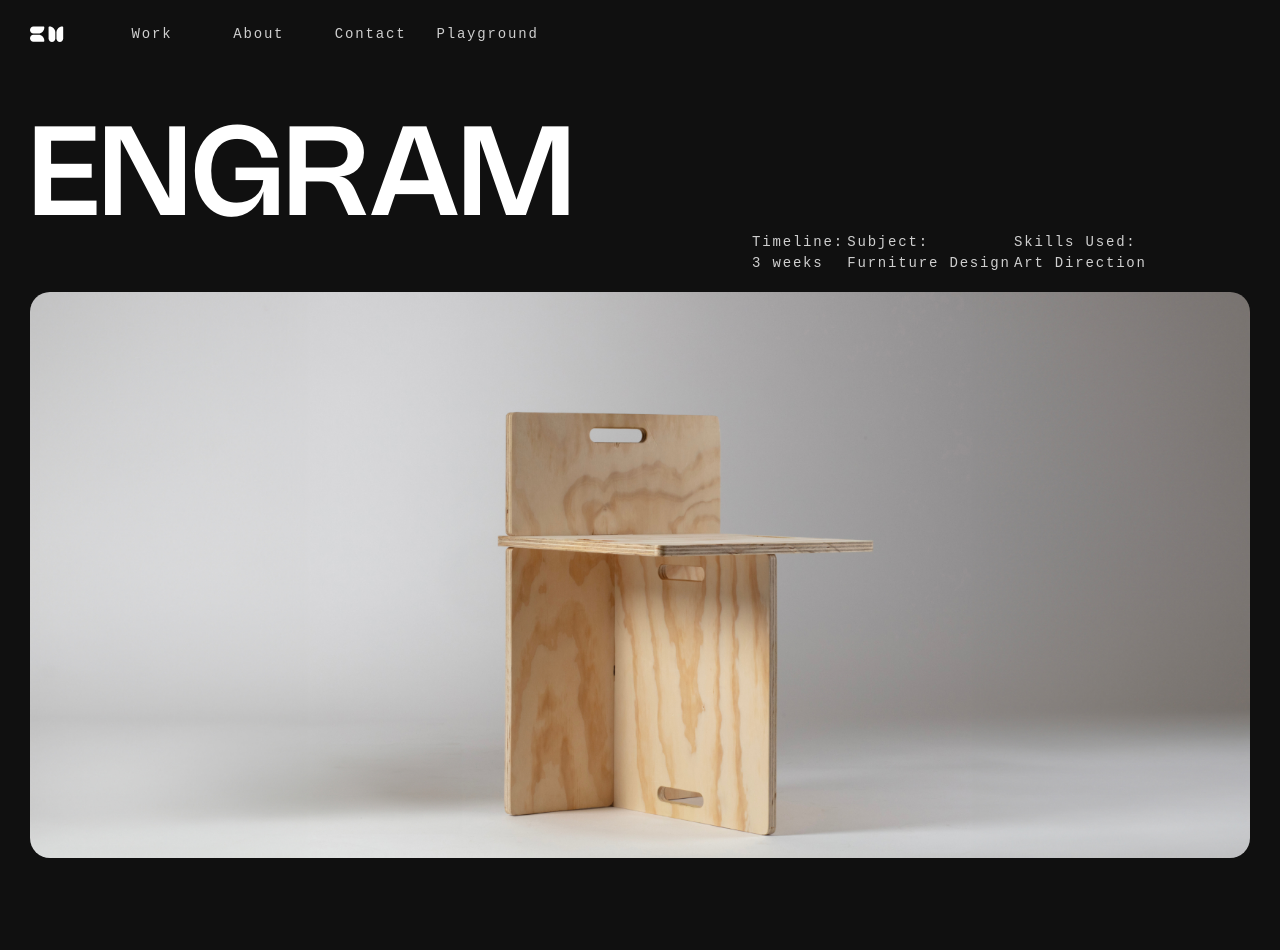
Repository: theethanwright/ethan_wright_portfolio
Page: work/work.html
The author's editor kept a copy of each file at every save. The page is drawn from the files as they stood at one save, then again after the next save.
The browser window is 1280 px wide. The pictures show the whole page.

Above is the page before, as saved 2023-12-25 22:43:51.

### work/work.html
<!DOCTYPE html>
<html lang="en">
<head>
    <meta charset="UTF-8">
    <meta name="viewport" content="width=device-width, initial-scale=1.0">
    <script defer src="https://cdnjs.cloudflare.com/ajax/libs/matter-js/0.19.0/matter.min.js"></script>
    <script defer src="app.js"></script>
    <link rel="stylesheet" href="main.css">
    <link rel="stylesheet" href="layouts.css">
    <title>Work</title>
</head>
<body>
    <div class="navbar">
        <div class="logo">
            <svg xmlns="http://www.w3.org/2000/svg" width="16" height="17" viewBox="0 0 16 17" fill="none">
                <path d="M14.3673 0H3.61693C1.61938 0 0 1.6756 0 3.74249C0 5.80938 1.61938 7.48498 3.61693 7.48498H9.1428C12.5831 7.48498 15.372 4.59931 15.372 1.03958C15.372 0.46542 14.9221 0 14.3673 0Z" fill="white"/>
                <path d="M9.1428 8.72827H3.61693C1.61938 8.72827 0 10.4039 0 12.4708C0 14.5377 1.61938 16.2133 3.61693 16.2133H14.3673C14.9221 16.2133 15.372 15.7478 15.372 15.1737C15.372 11.6139 12.5831 8.72827 9.1428 8.72827Z" fill="white"/>
            </svg>
            <svg xmlns="http://www.w3.org/2000/svg" width="17" height="17" viewBox="0 0 17 17" fill="none">
                <path d="M1.63275 0C1.07786 0 0.628052 0.46542 0.628052 1.03958V12.8729C0.628052 14.9398 2.24743 16.6154 4.24498 16.6154C6.24253 16.6154 7.86191 14.9398 7.86191 12.8729V6.4454C7.86191 2.88567 5.07306 0 1.63275 0Z" fill="white"/>
                <path d="M15.2936 0C11.8532 0 9.06439 2.88567 9.06439 6.4454V12.8729C9.06439 14.9398 10.6838 16.6154 12.6813 16.6154C14.6789 16.6154 16.2983 14.9398 16.2983 12.8729V1.03958C16.2983 0.46542 15.8484 0 15.2936 0Z" fill="white"/>
            </svg>
        </div>
        <p>Work</p>
        <p>About</p>
        <p>Contact</p>
        <p>Playground</p>
        <a href="javascript:void(0);" class="icon" onclick="myFunction()">
            <i class="hamburger"><svg xmlns="http://www.w3.org/2000/svg" width="24" height="24" viewBox="0 0 24 24" fill="none">
                <rect y="2.26416" width="24" height="3.16981" fill="white"/>
                <rect y="17.6604" width="24" height="3.16981" fill="white"/>
                <rect x="1.81133" y="9.96225" width="22.1887" height="3.16981" fill="white"/>
              </svg></i>
        </a>
    </div>
    <div class="wrapper-project">
        <h1>Engram</h1>
        <div class="project-info">
        <p>Timeline:<br>3 weeks</p>
        <p>Subject:<br>Furniture Design</p>
        <p>Skills Used:<br>Art Direction</p>
        </div>
        <a href="">
            <img src="public/images/1.jpg" alt="">
        </a>
    </div>
</body>
</html>

### work/main.css


@font-face {
    font-family: "Nohemi";
    src: url(public/fonts/Nohemi-Medium.woff2);
  }

@import url('https://fonts.googleapis.com/css2?family=IBM+Plex+Mono&display=swap');

h1 {
  box-sizing: border-box;
  color: #FFF;
  font-family: "Nohemi";
  font-size: 124px;
  font-style: normal;
  font-weight: 500;
  line-height: 150%; /* 186px */
  letter-spacing: 1.24px;
  text-transform: uppercase;
  margin: 0%;
}

p {
  box-sizing: border-box;
    color: rgba(255, 255, 255, 0.80);
    font-family: 'IBM Plex Mono', monospace;
    font-size: 14px;
    font-style: normal;
    font-weight: 400;
    line-height: 150%; /* 21px */
    letter-spacing: 1.82px;
    margin: 0%;
}

  body {
    box-sizing: border-box;
    display: block;
    overflow: scroll;
    background: #101010;
  }

  img {
    box-sizing: border-box;
    max-width: 100%;
    height: auto;

    border-radius: 20px;
  }

  a {
    box-sizing: border-box;
  }

### work/layouts.css
@media screen and (min-width: 905px) {
    body {
      margin: 0%;
      padding: 0%;
    }

    .navbar {
        position: absolute;
        padding: 24px 30px;
        display: grid;
        margin: 0;
        grid-template-columns: repeat(12, 1fr);
        gap: 1.389vw;
    }

    .logo {
        grid-column-start: 1;
        display: flex;
        width: 34px;
        height: 16px;
        justify-content: center;
        align-items: center;
        gap: 3.256px;
        justify-self: start;
        align-self: center;
      }

      p:nth-child(2) {
        grid-column-start: 2 / span 2;
        justify-self: start;
        align-self: center;
      }

      p:nth-child(3) {
        grid-column-start: 5 / span 2;
        justify-self: start;
        align-self: center;
      }

      p:nth-child(4) {
        grid-column-start: 8 / span 2;
        justify-self: start;
        align-self: center;
      }

      p:nth-child(5) {
        grid-column-start: 11 / span 2;
        justify-self: start;
        align-self: center;
      }

      .hamburger {
        display: none;
      }

      .wrapper-project {
        display: grid;
        margin: 0;
        padding: 88px 30px;
        grid-template-columns: repeat(12, 1fr);
        gap: 1.389vw;
      }

      .wrapper-project h1 {
        grid-column: 1 / span 4;
        justify-self: start;
        align-self: end;
      }

      .wrapper-project .project-info {
        grid-column: 8 / span 4;
        justify-self: stretch;
        align-self: end;

        display: flex;
        justify-content: space-between;
        align-items: flex-end;
      }

      .wrapper-project a {
        grid-column: 1 / span 12;
        justify-self: start;
        align-self: center;
      }

}

@media screen and (max-width: 904px) {
    .navbar {
        position: absolute;
        padding: 16px 30px;
        display: grid;
        margin: 0;
        grid-template-columns: repeat(8, 8.833vw);
        gap: 2.667vw;
    }

    .logo {
        grid-column-start: 1;
        display: flex;
        width: 34px;
        height: 16px;
        justify-content: center;
        align-items: center;
        gap: 3.256px;
        justify-self: start;
        align-self: center;
      }

    .navbar p {
        display: none;
    }

    .icon {
        display: grid;
        grid-column-start: 8;
        justify-self: end;
        align-self: center;
    }
}

@media screen and (max-width: 600px) {
    .navbar {
        position: absolute;
        padding: 16px 16px;
        display: grid;
        margin: 0;
        grid-template-columns: repeat(4, 19.444vw);
        gap: 4.444vw;
    }

    .logo {
        grid-column-start: 1;
        display: flex;
        width: 34px;
        height: 16px;
        justify-content: center;
        align-items: center;
        gap: 3.256px;
        justify-self: start;
        align-self: center;
      }

    .navbar p {
        display: none;
    }

    .icon {
        display: grid;
        grid-column-start: 4;
        justify-self: end;
        align-self: center;
    }
}

Loaded but not shown: work/app.js (common file)

After the next save:
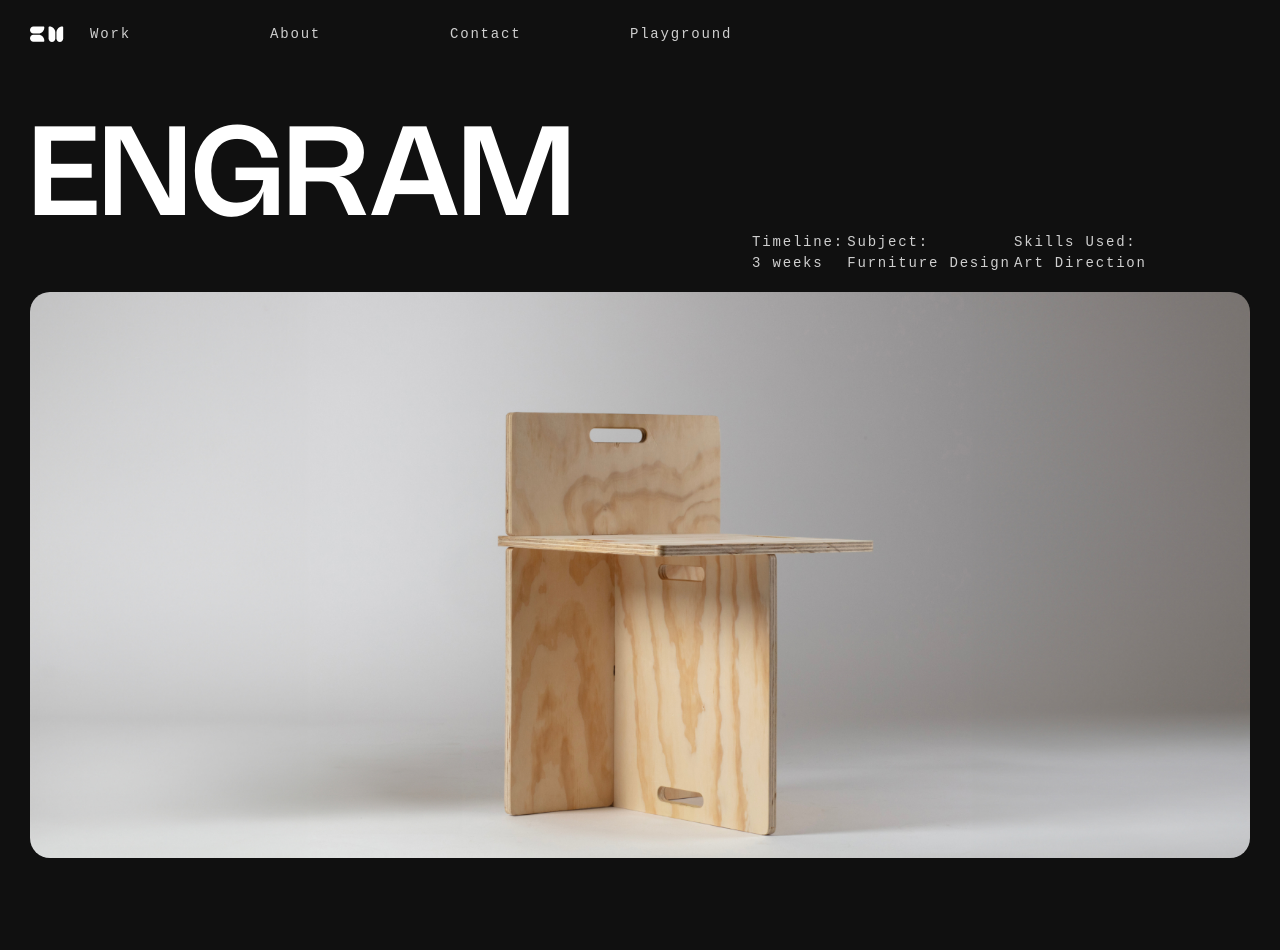
Saved 41 s later.
--- a/work/layouts.css
+++ b/work/layouts.css
@@ -26,25 +26,25 @@
       }
 
       p:nth-child(2) {
-        grid-column-start: 2 / span 2;
+        grid-column: 2 / span 2;
         justify-self: start;
         align-self: center;
       }
 
       p:nth-child(3) {
-        grid-column-start: 5 / span 2;
+        grid-column: 5 / span 2;
         justify-self: start;
         align-self: center;
       }
 
       p:nth-child(4) {
-        grid-column-start: 8 / span 2;
+        grid-column: 8 / span 2;
         justify-self: start;
         align-self: center;
       }
 
       p:nth-child(5) {
-        grid-column-start: 11 / span 2;
+        grid-column: 11 / span 2;
         justify-self: start;
         align-self: center;
       }
